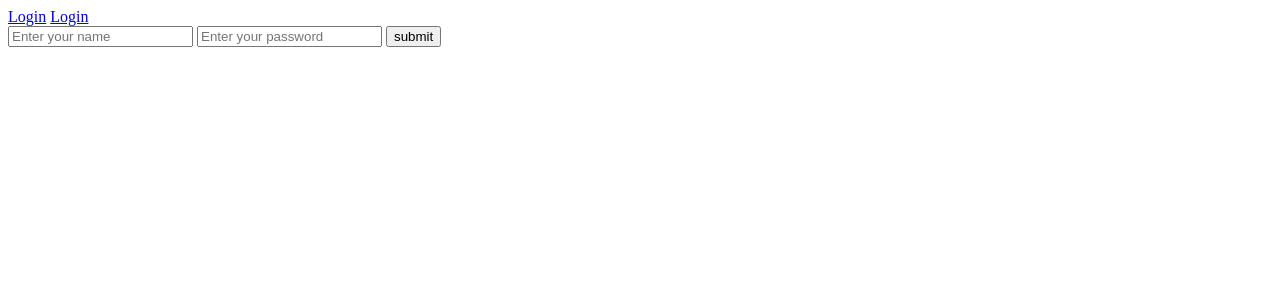
Repository: Rudra-Shiva74/JSP
Page: http://localhost/SessionCookies/
The author's editor kept a copy of each file at every save. The page is drawn from the files as they stood at one save, then again after the next save.
The browser window is 1280 px wide. The pictures show the whole page.
The page is served by Tomcat 10. Other server files are loaded and not shown.

Above is the page before, as saved 2023-09-03 14:20:30.

### SessionCookies/src/main/webapp/index.jsp
<%@ page language="java" contentType="text/html; charset=UTF-8"
	pageEncoding="UTF-8"%>
<!DOCTYPE html>
<html>

<head>
<meta charset="UTF-8">
<title>Session And Cookies</title>
</head>

<body>
	<a href="Login">Login</a>
	<a href="Logout">Login</a>
	<form action="Login" method="post">
		<input type="text" placeholder="Enter your name" name="name" /> <input
			type="password" placeholder="Enter your password" name="password" />
		<input type="submit" value="submit" />
	</form>
</body>
</html>

After the next save:
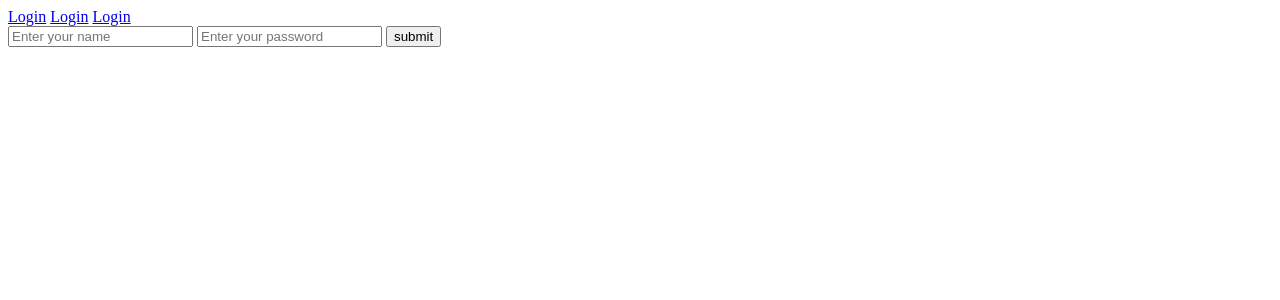
Saved 6 s later.
--- a/SessionCookies/src/main/webapp/index.jsp
+++ b/SessionCookies/src/main/webapp/index.jsp
@@ -11,6 +11,7 @@
 <body>
 	<a href="Login">Login</a>
 	<a href="Logout">Login</a>
+	<a href="Profile">Login</a>
 	<form action="Login" method="post">
 		<input type="text" placeholder="Enter your name" name="name" /> <input
 			type="password" placeholder="Enter your password" name="password" />
